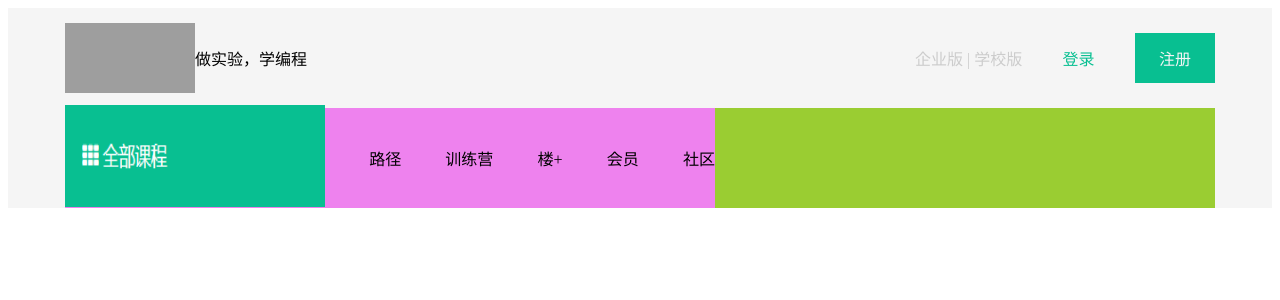
Repository: wuguozheng/xxbb
Page: /
An editor plug-in stored every save of this project. The page is shown before and after the next save, followed by the edit.
The browser window is 1280 px wide. The pictures show the whole page.
Pictures or frames that could not be fetched are drawn as grey boxes. The project was rebuilt for these pictures with package versions that can differ from the ones it lists, and the page was loaded fresh each time.

Above is the page before, as saved 2020-06-01 13:49:52.

After the next save:
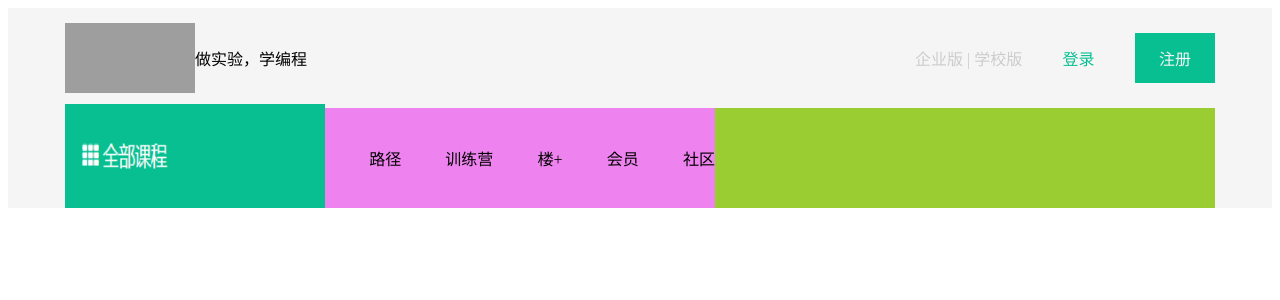
Saved 10 s later.
--- a/src/components/home/Mxs1.vue
+++ b/src/components/home/Mxs1.vue
@@ -20,7 +20,7 @@
       </div>
       <div class="run">
         <div class="run-1">
-          <div><img src="../home/QQ截图20200601133655.png" alt="" width="260" height="102"></div>
+          <div><img src="../home/QQ截图20200601133655.png" alt="" width="260" height="104"></div>
           <div>路径</div>
           <div>训练营</div>
           <div>楼+</div>
